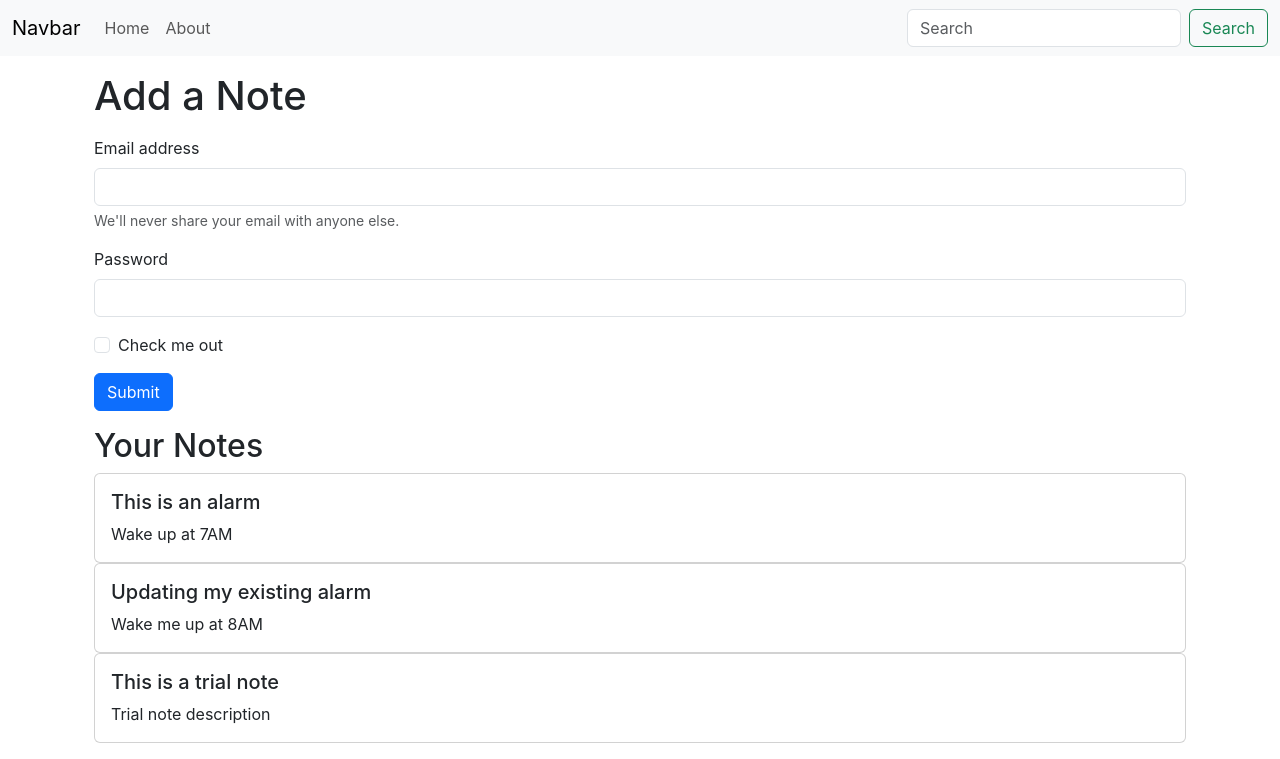
Repository: bhaveshdaipuria/inotebook
Page: /home
These files come from the project's save history. The page is drawn as it stood at one moment and after the next save; the edit follows.
The browser window is 1280 px wide. The pictures show the whole page.
The project was rebuilt for these pictures with package versions that can differ from the ones it lists, and the page was loaded fresh each time. Also part of the build but not shown: src/App.css, src/components/About.js.

Above is the page before, as saved 2023-05-03 13:55:23.

After the next save:
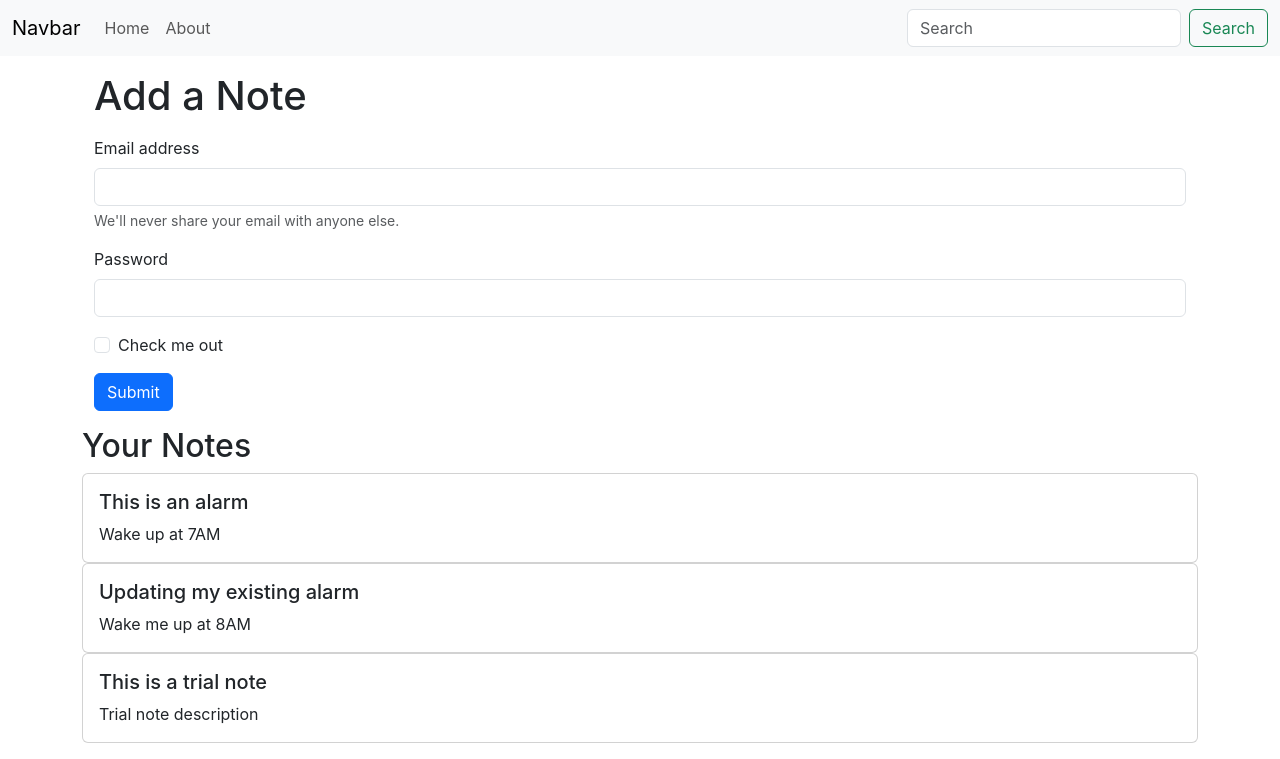
Saved 38 s later.
--- a/src/components/Home.js
+++ b/src/components/Home.js
@@ -26,7 +26,7 @@ function Home() {
   <button type="submit" className="btn btn-primary">Submit</button>
 </form>
 </div>
-    <div className='container my-3'>
+    <div className='row my-3'>
     <h2>Your Notes</h2>
     {notes.map((note)=>{
       return <NoteItem note = {note}/>
